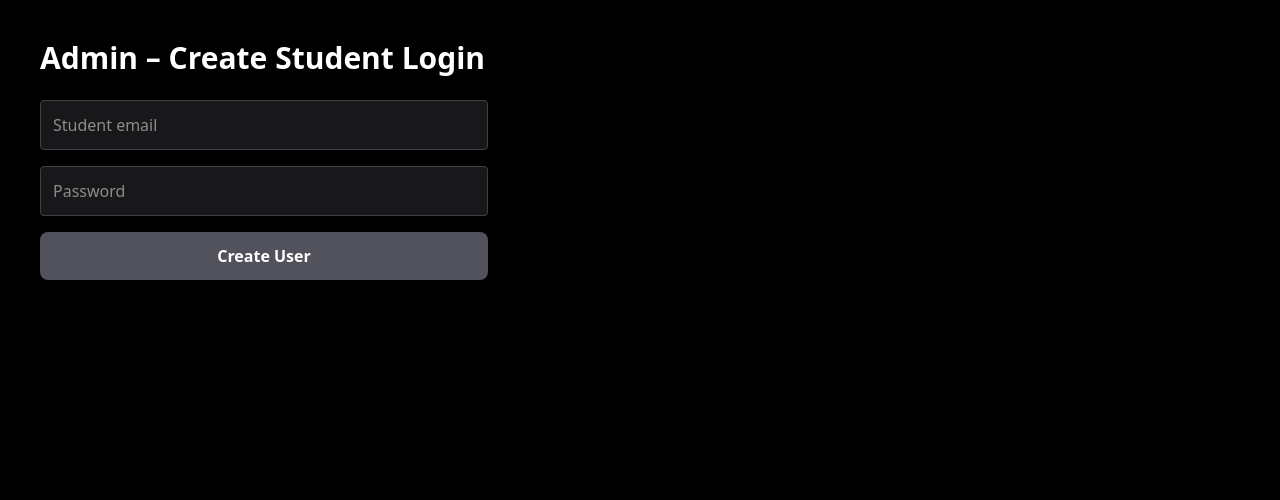
Repository: sanghaarman6-cmyk/edge
Page: /admin
These files come from the project's save history. The page is drawn as it stood at one moment and after the next save; the edit follows.
The browser window is 1280 px wide. The pictures show the whole page.
The project was rebuilt for these pictures with package versions that can differ from the ones it lists, and the page was loaded fresh each time. The framework's server and built-in components were replaced by stand-ins that run in the browser. Also part of the build but not shown: next.config.ts.

Above is the page before, as saved 2025-12-02 15:57:38.

After the next save:
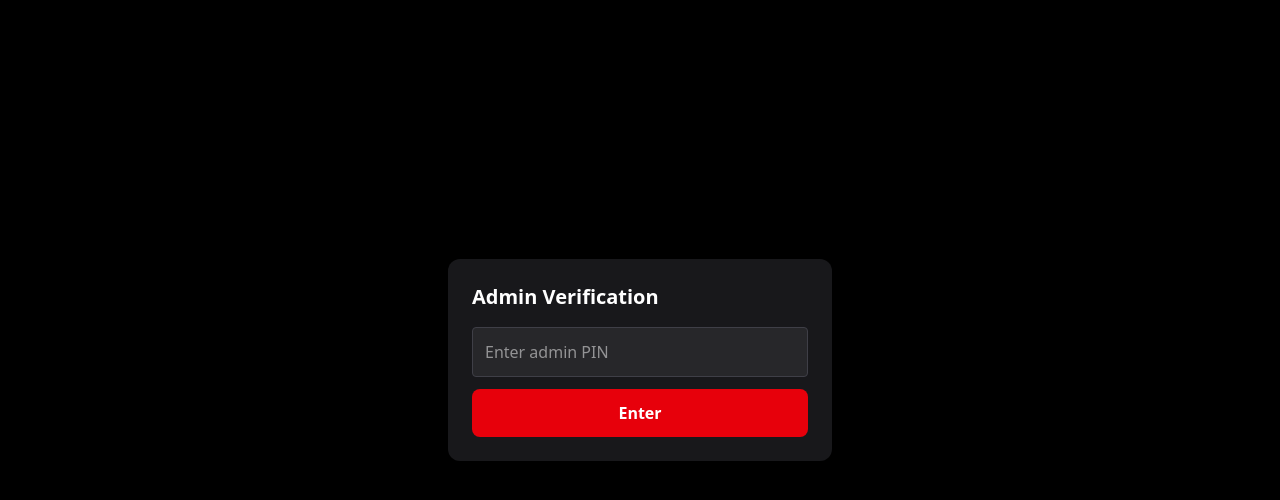
Saved 8 s later.
--- a/app/admin/page.tsx
+++ b/app/admin/page.tsx
@@ -1,63 +1,39 @@
 'use client';
 
 import { useState } from "react";
-
-import { supabase } from "@/supabaseClient";
 import { useRouter } from "next/navigation";
 
-export default function AdminPage() {
-  const [email, setEmail] = useState("");
-  const [pass, setPass] = useState("");
-  const [message, setMessage] = useState("");
+export default function AdminGate() {
+  const router = useRouter();
+  const [pin, setPin] = useState("");
 
-  async function createUser() {
-    setMessage("Creating...");
-
-    // ❗ Prevent emoji / invalid characters
-    if (!/^[\x00-\x7F]*$/.test(pass)) {
-        setMessage("❌ Password cannot contain emoji or special Unicode characters.");
-        return;
+  const checkPin = () => {
+    if (pin === process.env.NEXT_PUBLIC_ADMIN_PIN) {
+      router.push("/admin/panel");
+    } else {
+      alert("Invalid PIN");
     }
-
-    const res = await fetch("/api/admin/create-user", {
-        method: "POST",
-        headers: { "Content-Type": "application/json" },
-        body: JSON.stringify({ email, password: pass }),
-    });
-
-    const data = await res.json();
-    if (data.error) setMessage("❌ " + data.error);
-    else setMessage("✅ User created!");
-    }
-
+  };
 
   return (
-    <div className="p-10 text-white bg-black min-h-screen">
-      <h1 className="text-3xl font-bold mb-6">Admin – Create Student Login</h1>
-
-      <div className="flex flex-col gap-4 max-w-md">
-        <input
-          className="bg-zinc-900 border border-zinc-700 p-3 rounded"
-          placeholder="Student email"
-          value={email}
-          onChange={(e) => setEmail(e.target.value)}
-        />
+    <div className="flex items-center justify-center min-h-screen bg-black text-white">
+      <div className="p-6 bg-zinc-900 rounded-xl w-full max-w-sm">
+        <h2 className="text-xl mb-4 font-semibold">Admin Verification</h2>
 
         <input
-          className="bg-zinc-900 border border-zinc-700 p-3 rounded"
-          placeholder="Password"
-          value={pass}
-          onChange={(e) => setPass(e.target.value)}
+          type="password"
+          className="w-full p-3 rounded bg-zinc-800 border border-zinc-700"
+          placeholder="Enter admin PIN"
+          value={pin}
+          onChange={(e) => setPin(e.target.value)}
         />
 
         <button
-          className="w-full bg-zinc-600 py-3 rounded-lg font-semibold hover:bg-zinc-700"
-          onClick={createUser}
+          onClick={checkPin}
+          className="w-full bg-red-600 py-3 mt-3 rounded-lg font-semibold hover:bg-red-700"
         >
-          Create User
+          Enter
         </button>
-
-        <p className="text-sm text-zinc-400">{message}</p>
       </div>
     </div>
   );
